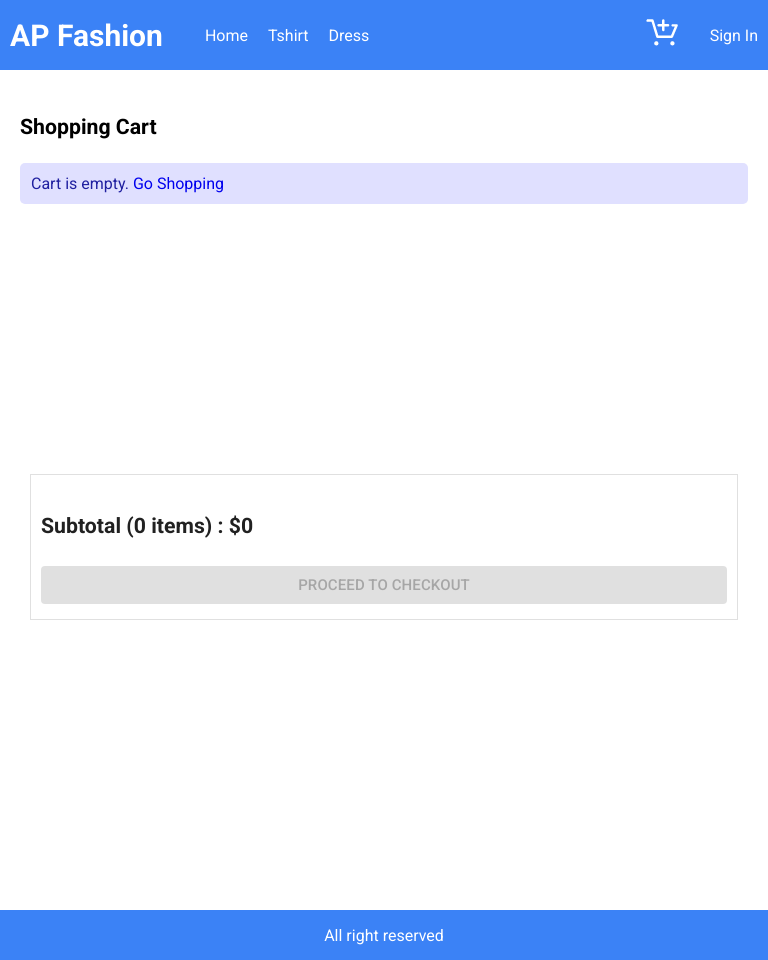
Repository: rexhep/e-commerce
Page: /cart (app in frontend/)
The author's editor kept a copy of each file at every save. The page is drawn from the files as they stood at one save, then again after the next save.
The browser window is 768 px wide. The pictures show the whole page.
The project was rebuilt for these pictures with package versions that can differ from the ones it lists, and the page was loaded fresh each time. Also part of the build but not shown: frontend/src/actions/userActions.js, frontend/src/components/clientHeader/ClientHeader.jsx, frontend/src/components/LoadingBox.js, frontend/src/components/clientHeader/HeaderSlider.jsx, frontend/src/components/SearchFilters.jsx, frontend/src/components/Rating.js, frontend/src/actions/ratingsAction.js, frontend/src/components/products/Product.js and 26 more.

Above is the page before, as saved 2021-10-28 00:49:06.

### frontend/public/index.html
<!DOCTYPE html>
<html lang="en">
  <head>
    <meta charset="utf-8" />
    <link rel="icon" href="%PUBLIC_URL%/favicon.ico" />
    <meta name="viewport" content="width=device-width, initial-scale=1" />
    <meta name="theme-color" content="#000000" />
    <meta
      name="description"
      content="Web site created using create-react-app"
    />
    <link rel="apple-touch-icon" href="%PUBLIC_URL%/logo192.png" />
    <!--
      manifest.json provides metadata used when your web app is installed on a
      user's mobile device or desktop. See https://developers.google.com/web/fundamentals/web-app-manifest/
    -->
    <link rel="manifest" href="%PUBLIC_URL%/manifest.json" />
    <!--
      Notice the use of %PUBLIC_URL% in the tags above.
      It will be replaced with the URL of the `public` folder during the build.
      Only files inside the `public` folder can be referenced from the HTML.

      Unlike "/favicon.ico" or "favicon.ico", "%PUBLIC_URL%/favicon.ico" will
      work correctly both with client-side routing and a non-root public URL.
      Learn how to configure a non-root public URL by running `npm run build`.
    -->
    <link
        rel="stylesheet"
        href="https://cdnjs.cloudflare.com/ajax/libs/font-awesome/4.7.0/css/font-awesome.min.css"
      />
      <link rel="preconnect" href="https://fonts.googleapis.com">
      <link href="https://fonts.googleapis.com/css2?family=Roboto:ital,wght@0,100;0,300;0,400;0,500;0,700;0,900;1,100;1,300;1,400;1,500;1,700;1,900&display=swap" rel="stylesheet">
    <title>React App</title>
  </head>
  <body>
    <noscript>You need to enable JavaScript to run this app.</noscript>
    <div id="root"></div>
    <!--
      This HTML file is a template.
      If you open it directly in the browser, you will see an empty page.

      You can add webfonts, meta tags, or analytics to this file.
      The build step will place the bundled scripts into the <body> tag.

      To begin the development, run `npm start` or `yarn start`.
      To create a production bundle, use `npm run build` or `yarn build`.
    -->
  </body>
</html>

### frontend/src/index.js
import React from 'react';
import { Provider } from 'react-redux';
import ReactDOM from 'react-dom';
import './index.css';
import App from './App';
import reportWebVitals from './reportWebVitals';
import store from './store';
// import "../node_modules/slick-carousel/slick/slick";
import "../node_modules/slick-carousel/slick/slick-theme.css";

ReactDOM.render(
  <Provider store={store}>
    <React.StrictMode>
      <App />
    </React.StrictMode>
  </Provider>,
  document.getElementById('root')
);

// If you want to start measuring performance in your app, pass a function
// to log results (for example: reportWebVitals(console.log))
// or send to an analytics endpoint. Learn more: https://bit.ly/CRA-vitals
reportWebVitals();

### frontend/src/index.css
html {
  font-size: 62.5%; /* 16px x 62.5 = 10px = 1rem */
  box-sizing: border-box;
}

html, body {
  overflow: auto;
}

body {
  margin: 0;
  /* height: 100vh; */
  font-size: 1.6rem;
  font-family: 'Roboto', sans-serif;
  -webkit-font-smoothing: antialiased;
  -moz-osx-font-smoothing: grayscale;
  overflow-x: hidden;
}
#root {
  float: left;
  width: 100%;
  height: 100%;
  min-height: 100vh;
}

/* Layout */
.primary-container {
  margin-top: 20px;
}
.grid-container {
  display: grid;
  grid-template-areas:
  'header'
  'main'
  'footer';
  grid-template-columns: 1fr;
  grid-template-rows: 5rem 1fr 5rem;
  height: 100%;
}

header {
  grid-area: header;
  background-color: #3B82F6;
  height: 50px;
}

main {
  /* grid-area: main;
  padding: 1rem; */
  float: left;
  width: 100%;
  min-height: 100vh;
}

footer {
  grid-area: footer;
  background-color: #3B82F6;
  height: 50px;
  color: #fff;
  float: left;
  width: 100%;
}
/* Common */
h1 {
  font-size: 1.8rem;
  padding: 1rem 0;
}

h2 {
  font-size: 1.6rem;
  padding: 1rem 0;
}
a {
  text-decoration: none;
}
a:hover {
  color: #ff8000;
}
ul {
  padding: 0;
  margin: 0;
  list-style-type: none;
}
li {
  margin-top: 1rem;
}

.mr-20 {
  margin-right: 20px;
}

input,
select,
textarea,
button {
  padding: 1rem;
  border-radius: 0.5rem;
  border: 0.1rem #a4a4a4 solid;
  font-size: 1.6rem;
  font-family: Helvetica, Arial, sans-serif;
  -webkit-font-smoothing: antialiased;
  -moz-osx-font-smoothing: grayscale;
}

button {
  background-color: #f8f8f8;
  cursor: pointer;
}

#fade-button {
  color: #fff;
  font-size: 1.6rem;
}
#fade-button:hover {
  border: none;
}

input:hover,
select:hover,
textarea:hover,
button:hover {
  border: 0.1rem #404040 solid;
}
button.primary {
  background-color: #f0c040;
}
button.block {
  width: 100%;
}

button.small {
  font-size: 1.2rem;
}

/* Header */
header {
  color: #fff;
  padding: 1rem;
}
header div a {
  color: #fff;
}
a.brand {
  color: white;
  font-size: 3rem;
  font-weight: bold;
}
.badge {
  background-color: #f02020;
  color: #ffffff;
  border-radius: 50%;
  padding: 0.2rem 0.7rem;
  font-size: 1.4rem;
  margin-left: 0.2rem;
}
.row {
  display: flex;
  flex-wrap: wrap;
  justify-content: space-between;
  align-items: center;
}
.row.center {
  justify-content: center;
}
.row.top {
  align-items: flex-start;
}
.col-1 {
  flex: 1 1 25rem;
}
.col-2 {
  flex: 2 1 50rem;
}

.min-30 {
  min-width: 30rem;
}

/* Image */
img {
  border-radius: 0.5rem;
}
img.small {
  max-width: 5rem;
  width: 100%;
}
img.medium {
  max-width: 29rem;
  width: 100%;
}
img.large {
  width: 100%;
}
img.custom-image {
  max-width: 29rem;
  width: 100%;
  max-height: 600px;
  height: 100%;
}

/* SLIDER */
.slider-cover {
  float: left;
  width: 100%;
  height: 500px;
}

.slider-cover .desc {
  position: absolute;
  left: 50%;
  top: 50%;
  transform: translate(-50%, -50%);
  -ms-transform: translate(-50%, -50%); /* for IE 9 */
  -webkit-transform: translate(-50%, -50%); /* for Safari */
}

.slider-cover .desc h2.title {
  font-size: 32px;
  color: #fff;
  text-align: center;
  font-weight: 700;
}

.slider-cover .desc p {
  color: #fff;
  font-size: 16px;
  text-align: center;
  font-weight: 300;
}


/* Card */
.card {
  /* border: 0.1rem #c0c0c0 solid;
  background-color: #f8f8f8;
  border-radius: 0.5rem;
  margin: 1rem; */
  background-color: rgb(255, 255, 255);
  color: rgba(0, 0, 0, 0.87);
  transition: box-shadow 300ms cubic-bezier(0.4, 0, 0.2, 1) 0ms;
  border: 1px solid rgba(0, 0, 0, 0.12);
  overflow: hidden;
  border-radius: 0;
  margin: 1rem;
}
.card-body {
  padding: 1rem;
}

.card-body > * {
  margin-bottom: 0.5rem;
}

.custom-card {
  overflow: visible !important;
}

.custom-item, .custom-card {
  box-shadow: none !important;
  border-radius: 0 !important;
}

.custom-item {
  border:solid 1px #ccc9c9;
}

.custom-card-content a h2 {
  font-size: 18px;
  color: #1F2937;
  font-weight: 300;
    text-transform: uppercase;
}

.custom-card-content .rating span {
  font-size: 14px;
  font-weight: 300;
}

.custom-card-content .price {
  font-size: 18px;
  font-weight: 700;
  padding-top: 20px;
}

.custom-card img {
  border-radius: 0;
}

.test {
  z-index: 9999;
  background-color: red;
}

.price {
  font-size: 2rem;
}

/* Rating */
.rating span {
  color: #f0c040;
  margin: 0.1rem;
}
.rating span:last-child {
  color: #404040;
}

/* Alert */
.loading {
  display: block !important;
}
.success {
  color: #20a020;
}
.danger {
  color: #a02020;
}

.alert {
  padding: 1rem;
  border: 0.1rem solid transparent;
  border-radius: 0.5rem;
}
.alert-info {
  color: #2020a0;
  background-color: #e0e0ff;
}
.alert-danger {
  color: #a02020;
  background-color: #ffe0e0;
}

.alert-success {
  color: #20a020;
  background-color: #eeffe0;
}

/* Form */
.form {
  max-width: 60rem;
  margin: 0 auto;
}
.form > div {
  display: flex;
  flex-direction: column;
  margin: 1rem;
}
.form label {
  margin: 1rem 0;
}

/* Dropdown */
.dropdown {
  display: inline-block;
  position: relative;
}
.dropdown-content {
  position: absolute;
  display: none;
  right: 0;
  min-width: 12rem;
  padding: 1rem;
  z-index: 1;
  background-color: #203040;
  margin: 0;
  margin-top: 0.4rem;
  border-radius: 0.5rem;
}
.dropdown:hover .dropdown-content {
  display: block;
}

/* Checkout Steps */
.checkout-steps > div {
  border-top: 0.3rem #c0c0c0 solid;
  color: #c0c0c0;
  flex: 1;
  padding: 1rem;
  font-weight: bold;
}
.checkout-steps > div.active {
  border-top-color: #f08000;
  color: #f08000;
}

/* Table */
.table {
  width: 100%;
  border-collapse: collapse;
}
.table tbody tr:nth-of-type(odd) {
  background-color: #f4f4f4;
}
.table td,
.table th {
  text-align: left;
  border: 0.1rem solid #e4e4e4;
  padding: 0.5rem;
}
.table button {
  margin: 0 0.2rem;
}

/* font-SIZE */
.fontSize, .fontSize a {
  font-size: 1.6rem !important;
  color: #333 !important;
}
.fontSize-avatar {
  color: #fff;
  font-size: 1.6rem !important;
}

/* AVATAR ICON */
.avatar-icon {
  margin-left: 10px !important;
}
.avatar-icon:hover {
  border: 0;
}

/* SPINNER */
.spinner-box {
  width: 100%;
  height: 85vh;
  display: flex;
  justify-content: center;
  align-items: center;
  background-color: transparent;
}
.three-quarter-spinner {
  width: 50px;
  height: 50px;
  border: 3px solid #fb5b53;
  border-top: 3px solid transparent;
  border-radius: 50%;
  animation: spin .5s linear 0s infinite;
}

/* END SPINNER */

/* PRODUCT DETAILS */
.product-details {
  padding: 20px;
}
.product-details-image {
  width: 100%;
}

.product-details-image img {
  width: auto;
  max-height: 500px;
  margin: 0 auto;
  display: block;
  border: solid 1px;
  border-radius: 0;
}

.product-details h1 {
  text-transform: uppercase;
  font-family: 'Roboto', sans-serif;
}

.product-details ul li {
  font-family: 'Roboto', sans-serif;
  font-weight: 300;
}

/* END PRODUCT DETAILS */

/* SEARCH FILTER */
.search-filter-main {
  display: block;
  float: left;
  width: 100%;
}
.search-filters {
  display: flex;
  align-items: center;
  justify-content: space-between;
  padding: 15px 0;
  margin: 40px 0;
  border-top: 1px dashed rgba(#2e7bf7, 0.1);
  border-bottom: 1px dashed rgba(#2e7bf7, 0.1);
}
.search-filters input[type="text"] {
  display: block;
  flex: 1;
  padding: 10px 0;
  outline: none;
  font-family: inherit;
  font-size: 20px;
  font-weight: 300;
  color: #000;
  border: none;
  background: none;
}
.search-filters::placeholder {
  font-style: italic;
  color: rgba(#000, 0.3);
}

.search-filters > div {
  display: flex;
  align-items: center;
}

.search-filters > p {
    margin: 0 20px 0 0;
    font-size: 14px;
    font-style: italic;
    font-weight: 400;
    text-align: right;
}

.search-filters > span {
  display: inline-block;
  margin-left: 10px;
  font-size: 12px;
}


.search-filters .slider {
  min-width: 200px;
  height: 30px;
}

.search-filters .slider .track {
    top: 50%;
    height: 8px;
    margin: -4px 0 0;
    background: #3B82F6;
    border-radius: 99px;
  }

  .search-filters .slider .track-1 {
    background:#2868cf
  }

  .search-filters .slider .thumb {
    top: 50%;
    width: 20px;
    height: 20px;
    cursor: pointer;
    outline: none;
    transform: translate(0, -50%);
    background: #3B82F6;
    border-radius: 4px;
    transition: 120ms background-color;
  }

  .search-filters .slider:before {
      content: attr(aria-valuenow);
      position: absolute;
      left: 50%;
      bottom: 100%;
      font-size: 12px;
      font-style: italic;
      line-height: 20px;
      padding: 0 5px;
      color: #fff;
      background: rgba(#000, 0.8);
      border-radius: 4px;
      opacity: 0;
      transform: translate(-50%, -5px) scale(0.5);
      transform-origin: center 25px;
      transition: 120ms transform ease-in-out, 120ms opacity;
      pointer-events: none;
    }

    .search-filters .slider:after {
      content: '';
      position: absolute;
      left: 50%;
      bottom: 100%;
      opacity: 0;
      border: 3px solid transparent;
      border-top-color: rgba(#000, 0.8);
      transform: translate(-50%, 0) scale(0.5);
      transform-origin: center bottom;
      transition: 120ms transform ease-in-out, 120ms opacity;
      pointer-events: none;
    }

  .search-filters .slider:hover:before, .search-filters .slider:hover.active:before {
      opacity: 1;
      transform: translate(-50%, -5px) scale(1);
    }

  .search-filters .slider:hover:after, .search-filters .slider:hover:after {
    opacity: 1;
    transform: translate(-50%, 1px) scale(1);
    }
/* END SEARCH FILTER */

/* IMAGE DETAILS */
.carousel-container {
  margin: 20px;
}

.selected-image {
  width: 100%;
  height: 500px;
  margin-bottom: 8px;
  background-position: center center;
  background-repeat: no-repeat;
  background-size: cover;
}

.carousel {
  position: relative;
}

/* .carousel__images {
  display: flex;
  max-width: 100%;
  overflow-x: hidden;
} */

.carousel__image-selected {
  border: 3px solid #ffa700 !important;
}

.carousel__image {
  margin-right: 10px;
  height: 150px;
  /* min-width: 150px; */
  border: 3px solid #ffa70000;
  background-position: center center;
  background-repeat: no-repeat;
  background-size: cover;
}

.carousel__button {
  position: absolute;
  top: 40%;
}

.carousel__button-left {
  left: 10px;
  background-image: url('./pages/products/images/prev.png');
  background-repeat: no-repeat;
  width: 50px;
  height: 50px;
  background-position: center;
  border-radius: 50%;
  border: none;
  background-color: #fff;
  box-shadow: 0px 5px 25px 0px rgb(0 0 0 / 10%);
  z-index: 9999;
}

.carousel__button-right {
  right: 10px;
  background-image: url('./pages/products/images/next.png');
  background-repeat: no-repeat;
  width: 50px;
  height: 50px;
  background-position: center;
  border-radius: 50%;
  border: none;
  background-color: #fff;
  box-shadow: 0px 5px 25px 0px rgb(0 0 0 / 10%);
  z-index: 9999;
}
/* END IMAGE_DETAILS */

/* KEYFRAMES */

@keyframes spin {
  from {
    transform: rotate(0);
  }
  to{
    transform: rotate(359deg);
  }
}

@keyframes spin3D {
  from {
    transform: rotate3d(.5,.5,.5, 360deg);
  }
  to{
    transform: rotate3d(0deg);
  }
}

@keyframes configure-clockwise {
  0% {
    transform: rotate(0);
  }
  25% {
    transform: rotate(90deg);
  }
  50% {
    transform: rotate(180deg);
  }
  75% {
    transform: rotate(270deg);
  }
  100% {
    transform: rotate(360deg);
  }
}

@keyframes configure-xclockwise {
  0% {
    transform: rotate(45deg);
  }
  25% {
    transform: rotate(-45deg);
  }
  50% {
    transform: rotate(-135deg);
  }
  75% {
    transform: rotate(-225deg);
  }
  100% {
    transform: rotate(-315deg);
  }
}

@keyframes pulse {
  from {
    opacity: 1;
    transform: scale(1);
  }
  to {
    opacity: .25;
    transform: scale(.75);
  }
}

### frontend/src/components/privateRoute.js
import React from 'react';
import { useSelector } from 'react-redux';
import { Redirect, Route } from 'react-router-dom';

export default function PrivateRoute({ component: Component, ...rest }) {
    const userSignin = useSelector((state) => state.userSignin);
    const { userInfo } = userSignin;
    return (
        <Route
            {...rest}
            render={(props) =>
                userInfo ? (
                    <Component {...props}></Component>
                ) : (
                    <Redirect to="/signin" />
                )
            }
        ></Route>
    );
}

### frontend/src/components/AdminRoute.js
import React from 'react';
import { useSelector } from 'react-redux';
import { Redirect, Route } from 'react-router-dom';

export default function AdminRoute({ component: Component, ...rest }) {
    const userSignin = useSelector((state) => state.userSignin);
    const { userInfo } = userSignin;
    return (
        <Route
            {...rest}
            render={(props) =>
                userInfo && userInfo.isAdmin ? (
                    <Component {...props}></Component>
                ) : (
                    <Redirect to="/signin" />
                )
            }
        ></Route>
    )
}

### frontend/src/reducers/ratingsReducers.js
import { PRODUCT_RATINGS_FAIL, PRODUCT_RATINGS_REQUEST, PRODUCT_RATINGS_SUCCESS } from "../constants/ratingsConstants";

export const productRatingsReducer = (state = { loading: true, ratings: [] }, action) => {
    switch (action.type) {
        case PRODUCT_RATINGS_REQUEST:
            return { loading: true };
        case PRODUCT_RATINGS_SUCCESS:
            return { loading: false, item: action.payload }
        case PRODUCT_RATINGS_FAIL:
            return { loading: false, error: action.payload };
        default:
            return state;
    }
}

### frontend/src/components/clientHeader/ClientNavbar.jsx
import React from 'react';
import { useSelector } from 'react-redux';
import { Link } from 'react-router-dom';
import { makeStyles } from '@material-ui/core';
import addToCartImage from '../../components/clientHeader/images/add-to-cart.png';
import ClientHeader from '../clientHeader/ClientHeader';

const useStyles = makeStyles((theme) => ({
    dashboardDropdown: {
        padding: "0px 10px",
        '& a': {
            textTransform: 'uppercase'
        }
    },
    addToCartSector: {
        position: 'relative',
        marginLeft: 'auto',
        '& .badge': {
            position: "absolute",
            right: -15
        }
    },
    rowHeader: {
        display: "flex",
        alignItems: "center",
        justifyContent: "flex-end",
        flexWrap: "wrap",
        rowGap: "10px",
        columnGap: "2em"
    },
    navMenu: {
        float: 'left',
        '& a': {
            padding: "10px 10px"
        }
    }
  }));

export default function ClientNavbar() {
    const classes = useStyles();
    const cart = useSelector(state => state.cart);
    const { cartItems } = cart;

    const links = [
        {
          name: `Tshirt`,
          target: `/products/tshirt`
        },
        {
          name: `Dress`,
          target: `/products/dress`
        }
      ];


    const userSignin = useSelector((state) => state.userSignin);
    const { userInfo } = userSignin;

    return (
        <div>
                <header className={classes.rowHeader}>
                    <div>
                        <Link className="brand" to="/">AP Fashion</Link>
                    </div>
                    <div className={classes.navMenu}>
                        <Link to="/">Home</Link>
                        {
                            links.map((link) => {
                                return(
                                    <Link to={link.target}>{link.name}</Link>
                                )
                            })
                        }
                    </div>
                    <div className={classes.addToCartSector}>
                        <Link to="/cart">
                        <img src={addToCartImage} alt="Add to cart" />
                            {cartItems.length > 0 && (
                                <span className="badge">{cartItems.length}</span>
                            )}
                        </Link>
                    </div>
                    <div>
                        {userInfo ? (
                            <div className="dropdown">
                                <ClientHeader />
                            </div>
                        ) : (
                            <Link to="/signin">Sign In</Link>
                        )}
                        {userInfo && userInfo.isAdmin && (
                            <div className={`${classes.dashboardDropdown} dropdown`}>
                                <Link to="/dashboard">Dashboard</Link>
                            </div>
                        )}
                    </div>
                </header>
            </div>
    )
}

### frontend/src/constants/orderConstants.js
export const ORDER_CREATE_REQUEST = 'ORDER_CREATE_REQUEST';
export const ORDER_CREATE_SUCCESS = 'ORDER_CREATE_SUCCESS';
export const ORDER_CREATE_FAIL = 'ORDER_CREATE_FAIL';
export const ORDER_CREATE_RESET = 'ORDER_CREATE_RESET';

export const ORDER_PAY_REQUEST = 'ORDER_PAY_REQUEST';
export const ORDER_PAY_SUCCESS = 'ORDER_PAY_SUCCESS';
export const ORDER_PAY_FAIL = 'ORDER_PAY_FAIL';
export const ORDER_PAY_RESET = 'ORDER_PAY_RESET';


export const ORDER_DETAILS_REQUEST = 'ORDER_DETAILS_REQUEST';
export const ORDER_DETAILS_SUCCESS = 'ORDER_DETAILS_SUCCESS';
export const ORDER_DETAILS_FAIL = 'ORDER_DETAILS_FAIL';

export const ORDER_MINE_LIST_REQUEST = 'ORDER_MINE_LIST_REQUEST';
export const ORDER_MINE_LIST_SUCCESS = 'ORDER_MINE_LIST_SUCCESS';
export const ORDER_MINE_LIST_FAIL = 'ORDER_MINE_LIST_FAIL';

export const MENAGE_ORDERS_REQUEST = 'MENAGE_ORDERS_REQUEST';
export const MENAGE_ORDERS_SUCCESS = 'MENAGE_ORDERS_SUCCESS';
export const MENAGE_ORDERS_FAIL = 'MENAGE_ORDERS_FAIL';

export const CHANGE_ORDER_DELIVERY_REQUEST = 'CHANGE_ORDER_DELIVERY_REQUEST';
export const CHANGE_ORDER_DELIVERY_SUCCESS = 'CHANGE_ORDER_DELIVERY_SUCCESS';
export const CHANGE_ORDER_DELIVERY_FAIL = 'CHANGE_ORDER_DELIVERY_FAIL';

### frontend/src/constants/userConstants.js
export const USER_REGISTER_REQUEST = 'USER_REGISTER_REQUEST';
export const USER_REGISTER_SUCCESS = 'USER_REGISTER_SUCCESS';
export const USER_REGISTER_FAIL = 'USER_REGISTER_FAIL';

export const USER_SIGNIN_REQUEST = 'USER_SIGNIN_REQUEST';
export const USER_SIGNIN_SUCCESS = 'USER_SIGNIN_SUCCESS';
export const USER_SIGNIN_FAIL = 'USER_SIGNIN_FAIL';

export const USER_SIGNOUT = 'USER_SIGNOUT';

export const USER_DETAILS_REQUEST = 'USER_DETAILS_REQUEST';
export const USER_DETAILS_SUCCESS = 'USER_DETAILS_SUCCESS';
export const USER_DETAILS_FAIL = 'USER_DETAILS_FAIL';

export const USER_UPDATE_PROFILE_REQUEST = 'USER_UPDATE_PROFILE_REQUEST';
export const USER_UPDATE_PROFILE_SUCCESS = 'USER_UPDATE_PROFILE_SUCCESS';
export const USER_UPDATE_PROFILE_FAIL = 'USER_UPDATE_PROFILE_FAIL';
export const USER_UPDATE_PROFILE_RESET = 'USER_UPDATE_PROFILE_RESET';

export const ADMIN_ALL_USERS_REQUEST = 'ADMIN_ALL_USERS_REQUEST';
export const ADMIN_ALL_USERS_SUCCESS = 'ADMIN_ALL_USERS_SUCCESS';
export const ADMIN_ALL_USERS_FAIL = 'ADMIN_ALL_USERS_FAIL';

### frontend/src/constants/productContants.js
export const PRODUCT_LIST_REQUEST = 'PRODUCT_LIST_REQUEST';
export const PRODUCT_LIST_SUCCESS = 'PRODUCT_LIST_SUCCESS';
export const PRODUCT_LIST_FAIL = 'PRODUCT_LIST_FAIL';
export const PRODUCT_LIST_RESET = 'PRODUCT_LIST_RESET';

export const PRODUCT_DETAILS_REQUEST = 'PRODUCT_DETAILS_REQUEST';
export const PRODUCT_DETAILS_SUCCESS = 'PRODUCT_DETAILS_SUCCESS';
export const PRODUCT_DETAILS_FAIL = 'PRODUCT_DETAILS_FAIL';

export const PRODUCT_REGISTER_REQUEST = 'PRODUCT_REGISTER_REQUEST';
export const PRODUCT_REGISTER_SUCCESS = 'PRODUCT_REGISTER_SUCCESS';
export const PRODUCT_REGISTER_FAIL = 'PRODUCT_REGISTER_FAIL';

export const PRODUCT_BY_CATEGORY_REQUEST = 'PRODUCT_BY_CATEGORY_REQUEST';
export const PRODUCT_BY_CATEGORY_SUCCESS = 'PRODUCT_BY_CATEGORY_SUCCESS';
export const PRODUCT_BY_CATEGORY_FAIL = 'PRODUCT_BY_CATEGORY_FAIL';
export const PRODUCT_BY_CATEGORY_RESET = 'PRODUCT_BY_CATEGORY_RESET'

### frontend/src/constants/ratingsConstants.js
export const PRODUCT_RATINGS_REQUEST = 'PRODUCT_RATINGS_REQUEST';
export const PRODUCT_RATINGS_SUCCESS = 'PRODUCT_RATINGS_SUCCESS';
export const PRODUCT_RATINGS_FAIL = 'PRODUCT_RATINGS_FAIL';

Loaded but not shown: frontend/src/reportWebVitals.js (common file); frontend/src/components/MessageBox.js (common file); frontend/src/constants/cartContstant.js (common file); frontend/src/pages/CartPage.js (173 lines, source omitted); frontend/src/reducers/orderReducers.js (108 lines, source omitted); frontend/src/actions/productActions.js (93 lines, source omitted); frontend/src/reducers/userReducer.js (70 lines, source omitted); frontend/src/App.js (52 lines, source omitted); frontend/src/store.js (57 lines, source omitted); frontend/src/reducers/productReducers.js (62 lines, source omitted); frontend/src/actions/cartActions.js (43 lines, source omitted); frontend/src/reducers/cartReducers.js (39 lines, source omitted)

After the next save:
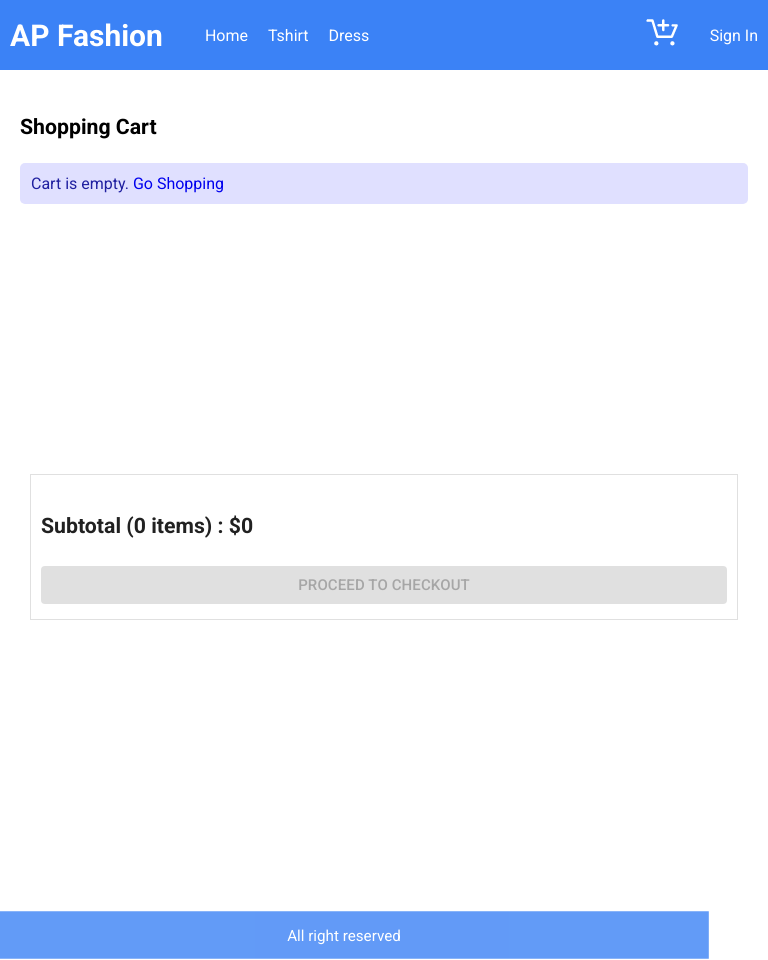
Saved 23 s later.
--- a/frontend/src/index.css
+++ b/frontend/src/index.css
@@ -227,6 +227,74 @@ img.custom-image {
   text-align: center;
   font-weight: 300;
 }
+
+/* SLICK SLIDER */
+.variable-width .slick-slide p {
+  background: blue;
+  height: 100px;
+  color: #fff;
+  margin: 5px;
+  line-height: 100px;
+  text-align: center;
+}
+.center .slick-center {
+  color: #e67e22;
+  opacity: 1;
+  transform: scale(1.08);
+}
+.center {
+  opacity: 0.8;
+  transition: all 300ms ease;
+}
+.content {
+  padding: 20px;
+  margin: auto;
+  width: 90%;
+}
+.slick-slide .image {
+  padding: 10px;
+}
+.slick-slide img {
+  border: 5px solid #fff;
+  display: block;
+  margin: auto;
+}
+.slick-slide img.slick-loading {
+  border: 0;
+}
+.slick-slider {
+  margin: 30px auto 50px;
+}
+.slick-dots {
+  margin-left: 0;
+}
+.slick-thumb {
+  bottom: -45px;
+}
+@media (max-width: 768px) {
+  .center {
+    margin-left: -40px;
+    margin-right: -40px;
+  }
+  .center .slick-center {
+    color: #e67e22;
+    opacity: 1;
+    transform: scale(1);
+  }
+  .center {
+    opacity: 0.8;
+    transform: scale(0.95);
+    transition: all 300ms ease;
+  }
+}
+.slick-arrow {
+  background-color: grey;
+  /* color: black; */
+}
+.slick-arrow:hover {
+  background-color: grey;
+}
+/* END SLICK SLIDER */
 
 
 /* Card */
